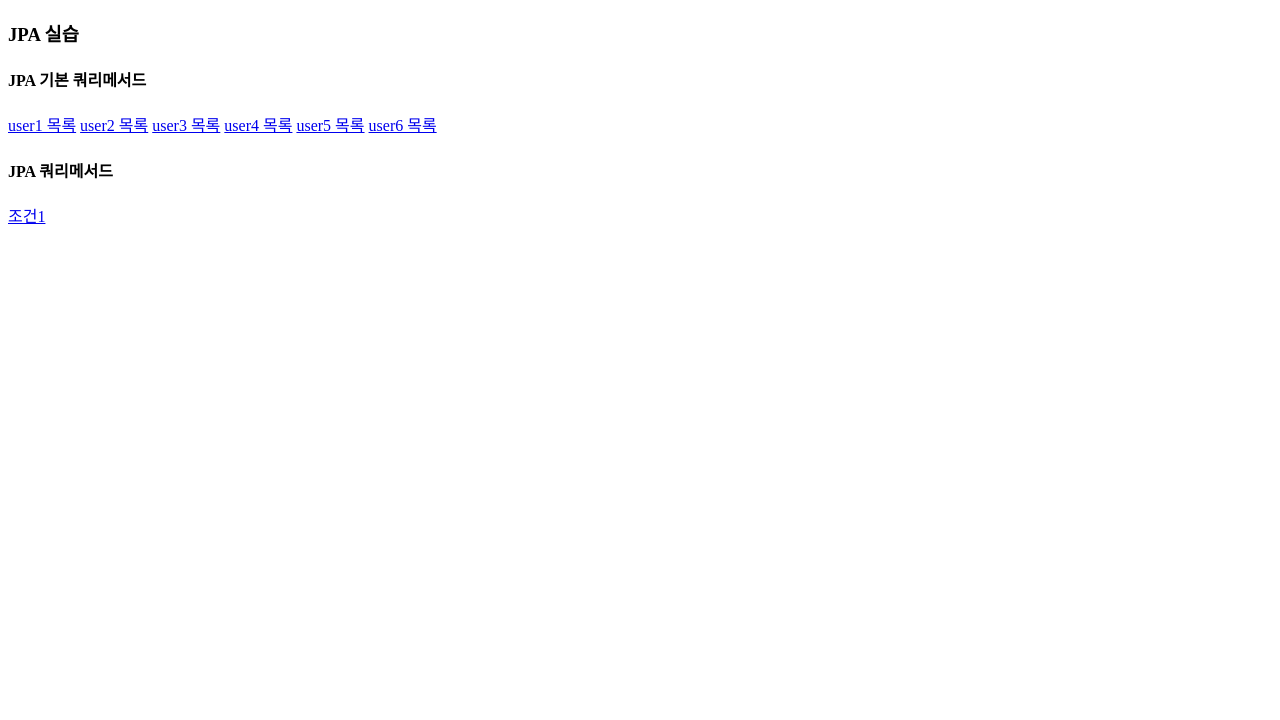
Repository: vhfl1/SpringBoot
Page: http://localhost/index
An editor plug-in stored every save of this project. The page is shown before and after the next save, followed by the edit.
The browser window is 1280 px wide. The pictures show the whole page.
The page is this project's Thymeleaf template; nobody is signed in. The template is opened directly, without the code that normally fills it, so the values that code supplies are empty.

Above is the page before, as saved 2023-01-11 02:27:55.

### Ch07/src/main/resources/templates/index.html
<!DOCTYPE html>
<html xmlns:th="http://www.thymeleaf.org">
	<head>
		<meta charset="UTF-8">
		<title>index</title>
	</head>
	<body>
		<h3>JPA 실습</h3>

		<h4>JPA 기본 쿼리메서드</h4>
		<a th:href="@{/user1/list}">user1 목록</a>
		<a th:href="@{/user2/list}">user2 목록</a>
		<a th:href="@{/user3/list}">user3 목록</a>
		<a th:href="@{/user4/list}">user4 목록</a>
		<a th:href="@{/user5/list}">user5 목록</a>
		<a th:href="@{/user6/list}">user6 목록</a>

		<h4>JPA 쿼리메서드</h4>
		<a th:href="@{/query1}">조건1</a>

	</body>
</html>

After the next save:
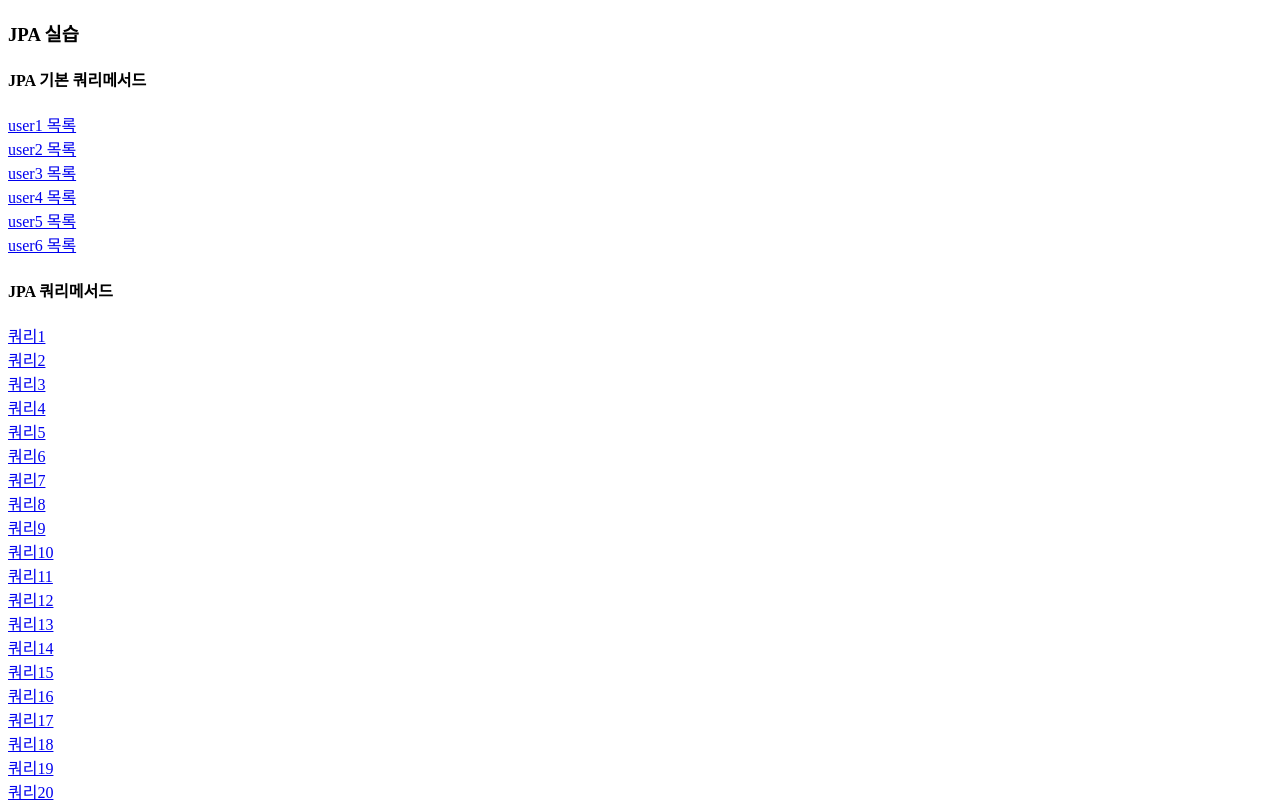
Saved 2 min 3 s later.
--- a/Ch07/src/main/resources/templates/index.html
+++ b/Ch07/src/main/resources/templates/index.html
@@ -8,15 +8,34 @@
 		<h3>JPA 실습</h3>
 
 		<h4>JPA 기본 쿼리메서드</h4>
-		<a th:href="@{/user1/list}">user1 목록</a>
-		<a th:href="@{/user2/list}">user2 목록</a>
-		<a th:href="@{/user3/list}">user3 목록</a>
-		<a th:href="@{/user4/list}">user4 목록</a>
-		<a th:href="@{/user5/list}">user5 목록</a>
-		<a th:href="@{/user6/list}">user6 목록</a>
+		<a th:href="@{/user1/list}">user1 목록</a><br>
+		<a th:href="@{/user2/list}">user2 목록</a><br>
+		<a th:href="@{/user3/list}">user3 목록</a><br>
+		<a th:href="@{/user4/list}">user4 목록</a><br>
+		<a th:href="@{/user5/list}">user5 목록</a><br>
+		<a th:href="@{/user6/list}">user6 목록</a><br>
 
 		<h4>JPA 쿼리메서드</h4>
-		<a th:href="@{/query1}">조건1</a>
+		<a th:href="@{/query1}">쿼리1</a><br>
+		<a th:href="@{/query2}">쿼리2</a><br>
+		<a th:href="@{/query3}">쿼리3</a><br>
+		<a th:href="@{/query4}">쿼리4</a><br>
+		<a th:href="@{/query5}">쿼리5</a><br>
+		<a th:href="@{/query6}">쿼리6</a><br>
+		<a th:href="@{/query7}">쿼리7</a><br>
+		<a th:href="@{/query8}">쿼리8</a><br>
+		<a th:href="@{/query9}">쿼리9</a><br>
+		<a th:href="@{/query10}">쿼리10</a><br>
+		<a th:href="@{/query11}">쿼리11</a><br>
+		<a th:href="@{/query12}">쿼리12</a><br>
+		<a th:href="@{/query13}">쿼리13</a><br>
+		<a th:href="@{/query14}">쿼리14</a><br>
+		<a th:href="@{/query15}">쿼리15</a><br>
+		<a th:href="@{/query16}">쿼리16</a><br>
+		<a th:href="@{/query17}">쿼리17</a><br>
+		<a th:href="@{/query18}">쿼리18</a><br>
+		<a th:href="@{/query19}">쿼리19</a><br>
+		<a th:href="@{/query20}">쿼리20</a><br>
 
 	</body>
 </html>
